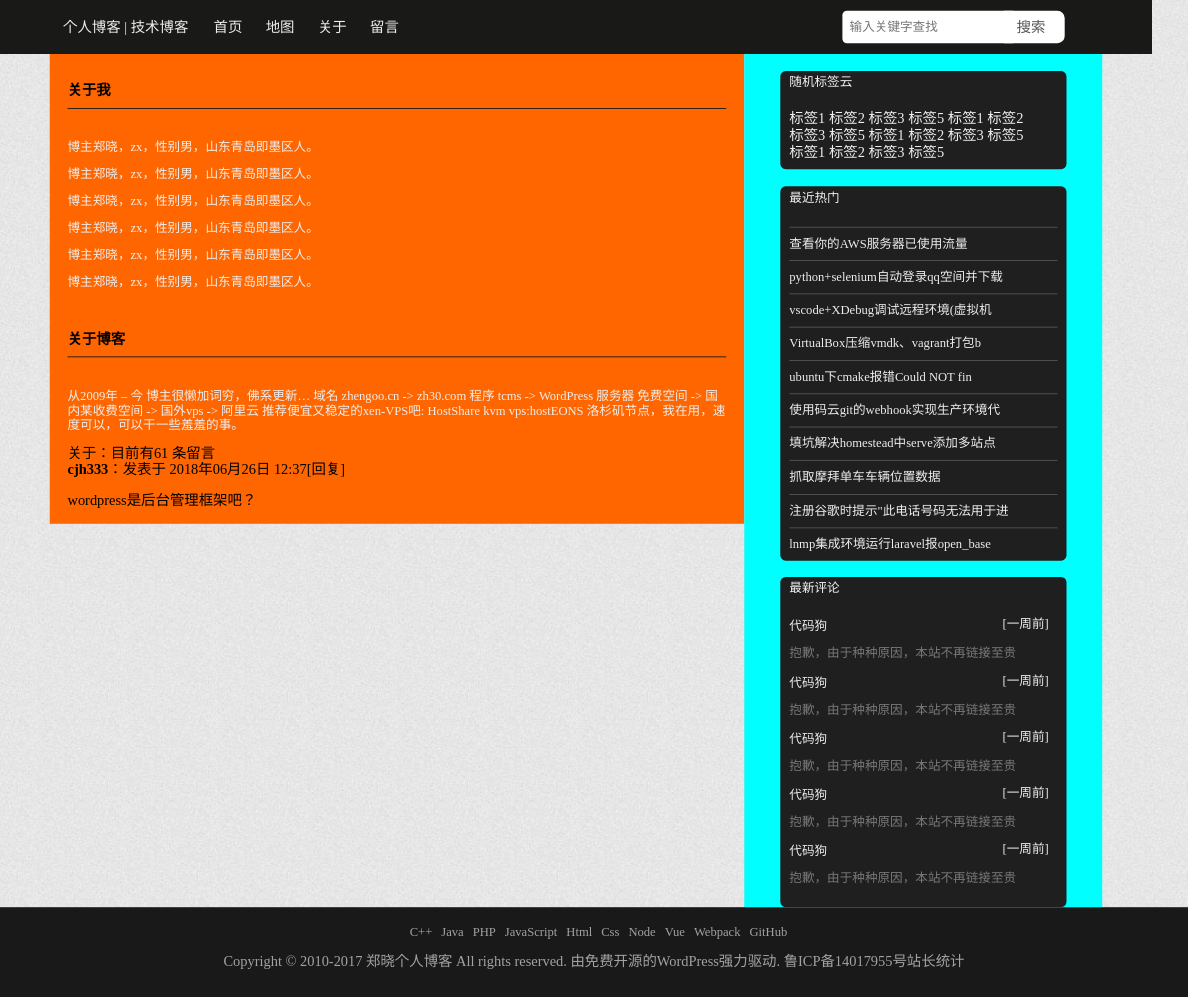
Repository: li1214/my_blog
Page: page/about.html
The author's editor kept a copy of each file at every save. The page is drawn from the files as they stood at one save, then again after the next save.
The browser window is 1280 px wide. The page is 1320 px wide, so the pictures cover 1320 px, including what lies to the right of the window. The pictures show the whole page, at 90% of full size.

Above is the page before, as saved 2019-01-04 14:22:35.

### page/about.html
<!DOCTYPE html>
<html lang="en">

<head>
    <meta charset="UTF-8" />
    <meta name="viewport" content="width=device-width, initial-scale=1.0" />
    <meta http-equiv="X-UA-Compatible" content="ie=edge" />
    <title>个人博客</title>
    <link href="./css/base.css" rel="stylesheet" type="text/css" />
    <link href="./css/about.css" rel="stylesheet" type="text/css" />
</head>

<body>
    <header>
        <div class="container">
            <a>个人博客 | 技术博客</a>
            <ul>
                <li><a href="">首页</a></li>
                <li><a href="">地图</a></li>
                <li><a href="">关于</a></li>
                <li><a href="">留言</a></li>
            </ul>
            <div class="search">
                <input type="text" placeholder="输入关键字查找" />
                <button>搜索</button>
            </div>
        </div>
    </header>
    <div class="content">
        <div class="content-left">
            <div class='about'>
                <div class='about-me'>
                    <h4>关于我</h4>
                    <p>博主郑晓，zx，性别男，山东青岛即墨区人。</p>
                    <p>博主郑晓，zx，性别男，山东青岛即墨区人。</p>
                    <p>博主郑晓，zx，性别男，山东青岛即墨区人。</p>
                    <p>博主郑晓，zx，性别男，山东青岛即墨区人。</p>
                    <p>博主郑晓，zx，性别男，山东青岛即墨区人。</p>
                    <p>博主郑晓，zx，性别男，山东青岛即墨区人。</p>
                </div>
                <div class='about-blog'>
                    <h4>关于博客</h4>
                    <p>从2009年 – 今
                    博主很懒加词穷，佛系更新…
                    域名 zhengoo.cn -> zh30.com
                    程序 tcms -> WordPress
                    服务器 免费空间 -> 国内某收费空间 -> 国外vps -> 阿里云

                    推荐便宜又稳定的xen-VPS吧: HostShare
                    kvm vps:hostEONS 洛杉矶节点，我在用，速度可以，可以干一些羞羞的事。</p>
                </div>
            </div>
            <div class='liuyan'>
                <span>关于：目前有61 条留言</span>
                <div class='liuyan-item'>
                    <span><b>cjh333</b>：发表于 2018年06月26日 12:37[回复]</span>
                    <p>wordpress是后台管理框架吧？</p>
                </div>
            </div>
            <div>
                <form action="">

                </form>
            </div>
        </div>
        <div class="content-right">
            <div class="right-box">
                <h4>随机标签云</h4>
                <div class="contents">
                    <a>标签1</a> <a>标签2</a> <a>标签3</a> <a>标签5</a> <a>标签1</a>
                    <a>标签2</a> <a>标签3</a> <a>标签5</a> <a>标签1</a> <a>标签2</a>
                    <a>标签3</a> <a>标签5</a> <a>标签1</a> <a>标签2</a> <a>标签3</a>
                    <a>标签5</a>
                </div>
            </div>
            <div class="right-box" style="padding-bottom: 0;">
                <h4>最近热门</h4>
                <div class="contents">
                    <ul class="list-group">
                        <li class="list-group-item">
                            <a href="https://www.zh30.com/aws-ec2-cloudwatch.html">查看你的AWS服务器已使用流量</a>
                        </li>
                        <li class="list-group-item">
                            <a href="https://www.zh30.com/python-selenium-qqzone-album.html">python+selenium自动登录qq空间并下载</a>
                        </li>
                        <li class="list-group-item">
                            <a href="https://www.zh30.com/vscode-xdebug-remote-vagrant-php.html">vscode+XDebug调试远程环境(虚拟机</a>
                        </li>
                        <li class="list-group-item">
                            <a href="https://www.zh30.com/virtualbox-vmdk-vagrant-box.html">VirtualBox压缩vmdk、vagrant打包b</a>
                        </li>
                        <li class="list-group-item">
                            <a href="https://www.zh30.com/ubuntu-cmake-could-not-find-boost.html">ubuntu下cmake报错Could
                                NOT fin</a>
                        </li>
                        <li class="list-group-item">
                            <a href="https://www.zh30.com/webhook-git-pull.html">使用码云git的webhook实现生产环境代</a>
                        </li>
                        <li class="list-group-item">
                            <a href="https://www.zh30.com/homestead-serve-add-sites.html">填坑解决homestead中serve添加多站点</a>
                        </li>
                        <li class="list-group-item">
                            <a href="https://www.zh30.com/crawl-mobike-location.html">抓取摩拜单车车辆位置数据</a>
                        </li>
                        <li class="list-group-item">
                            <a href="https://www.zh30.com/google-register-phone-verification.html">注册谷歌时提示"此电话号码无法用于进</a>
                        </li>
                        <li class="list-group-item">
                            <a href="https://www.zh30.com/lnmp-laravel-open_basedir.html">lnmp集成环境运行laravel报open_base</a>
                        </li>
                    </ul>
                </div>
            </div>
            <div class="right-box">
                <h4>最新评论</h4>
                <div class="contents">
                    <div class='item'>
                        <div class='item-title'>
                            <span>代码狗</span>
                            <span class='spanr'>[一周前]</span>
                        </div>
                        <p class='item-comtebt'>
                            抱歉，由于种种原因，本站不再链接至贵
                        </p>
                    </div>
                    <div class='item'>
                        <div class='item-title'>
                            <span>代码狗</span>
                            <span class='spanr'>[一周前]</span>
                        </div>
                        <p class='item-comtebt'>
                            抱歉，由于种种原因，本站不再链接至贵
                        </p>
                    </div>
                    <div class='item'>
                        <div class='item-title'>
                            <span>代码狗</span>
                            <span class='spanr'>[一周前]</span>
                        </div>
                        <p class='item-comtebt'>
                            抱歉，由于种种原因，本站不再链接至贵
                        </p>
                    </div>
                    <div class='item'>
                        <div class='item-title'>
                            <span>代码狗</span>
                            <span class='spanr'>[一周前]</span>
                        </div>
                        <p class='item-comtebt'>
                            抱歉，由于种种原因，本站不再链接至贵
                        </p>
                    </div>
                    <div class='item'>
                        <div class='item-title'>
                            <span>代码狗</span>
                            <span class='spanr'>[一周前]</span>
                        </div>
                        <p class='item-comtebt'>
                            抱歉，由于种种原因，本站不再链接至贵
                        </p>
                    </div>
                </div>
            </div>
        </div>
    </div>
    <footer>
        <ul>
            <li>C++</li>
            <li>Java</li>
            <li>PHP</li>
            <li>JavaScript</li>
            <li>Html</li>
            <li>Css</li>
            <li>Node</li>
            <li>Vue</li>
            <li>Webpack</li>
            <li>GitHub</li>
        </ul>
        <p>Copyright © 2010-2017 郑晓个人博客 All rights reserved. 由免费开源的WordPress强力驱动. 鲁ICP备14017955号站长统计</p>
    </footer>
</body>

</html>

### page/css/base.css
html {line-height: 1.15; /* 1 */-webkit-text-size-adjust: 100%; /* 2 */}
body {margin: 0;}
@font-face{
    font-family: 'myicon';
    src: url('../font/glyphicons-halflings-regular.woff2')
}
ul{padding: 0}
main {
  display: block;
}
h1 {
  font-size: 2em;
  margin: 0.67em 0;
}
hr {
  box-sizing: content-box; /* 1 */
  height: 0; /* 1 */
  overflow: visible; /* 2 */
}
pre {
  font-family: monospace, monospace; /* 1 */
  font-size: 1em; /* 2 */
}
a {
  background-color: transparent;
}
abbr[title] {
  border-bottom: none; /* 1 */
  text-decoration: underline; /* 2 */
  text-decoration: underline dotted; /* 2 */
}
b,
strong {
  font-weight: bolder;
}
code,
kbd,
samp {
  font-family: monospace, monospace; /* 1 */
  font-size: 1em; /* 2 */
}
small {
  font-size: 80%;
}
sub,
sup {
  font-size: 75%;
  line-height: 0;
  position: relative;
  vertical-align: baseline;
}
sub {
  bottom: -0.25em;
}
sup {
  top: -0.5em;
}
img {
  border-style: none;
}
button,
input,
optgroup,
select,
textarea {
  font-family: inherit; /* 1 */
  font-size: 100%; /* 1 */
  line-height: 1.15; /* 1 */
  margin: 0; /* 2 */
}
button,
input { /* 1 */
  overflow: visible;
}
button,
select { /* 1 */
  text-transform: none;
}
button,
[type="button"],
[type="reset"],
[type="submit"] {
  -webkit-appearance: button;
}
button::-moz-focus-inner,
[type="button"]::-moz-focus-inner,
[type="reset"]::-moz-focus-inner,
[type="submit"]::-moz-focus-inner {
  border-style: none;
  padding: 0;
}
button:-moz-focusring,
[type="button"]:-moz-focusring,
[type="reset"]:-moz-focusring,
[type="submit"]:-moz-focusring {
  outline: 1px dotted ButtonText;
}
fieldset {
  padding: 0.35em 0.75em 0.625em;
}
legend {
  box-sizing: border-box; /* 1 */
  color: inherit; /* 2 */
  display: table; /* 1 */
  max-width: 100%; /* 1 */
  padding: 0; /* 3 */
  white-space: normal; /* 1 */
}
progress {
  vertical-align: baseline;
}
textarea {
  overflow: auto;
}

[type="checkbox"],
[type="radio"] {
  box-sizing: border-box; /* 1 */
  padding: 0; /* 2 */
}
[type="number"]::-webkit-inner-spin-button,
[type="number"]::-webkit-outer-spin-button {
  height: auto;
}

[type="search"] {
  -webkit-appearance: textfield; /* 1 */
  outline-offset: -2px; /* 2 */
}

[type="search"]::-webkit-search-decoration {
  -webkit-appearance: none;
}
::-webkit-file-upload-button {
  -webkit-appearance: button; /* 1 */
  font: inherit; /* 2 */
}
details {
  display: block;
}
summary {
  display: list-item;
}
template {
  display: none;
}
[hidden] {
  display: none;
}
a{text-decoration: none;}
/* ========================================================== css reset ========================================================== */

body {
    width: 100%;
    height: 100%;
    background-image: url(../image/bg.jpg);
    background-repeat: repeat;
    overflow-x: hidden;
}

header{
    width: 100%;
    height: 60px;
    background-color: #191918;
}
header .container {
    width:1170px;
    height: 100%;
    margin: 0 auto;
}
header .container>a{
    display: block;
    float: left;
    color: #eee;
    line-height: 60px;
    margin: 0 15px;
    font-size: 16px;
}
header .container>ul{
    float: left;
    margin: 0;
    padding: 0;
}
header .container>ul>li{
    display: inline-block;
    float: left;
}
header .container>ul>li a{
    color: #eee;
    display: inline-block;
    height: 60px;
    width: 58px;
    line-height: 60px;
    text-align: center;
}
header .container .search{
    float: right;
    height: 100%;
    position: relative;
    right: 117px;
}
header .container .search>input{
    display: inline-block;
    position: absolute;
    height: 26px;
    padding: 5px 8px;
    border-radius: 5px;
    border:none;
    outline: none;
    font-size: 14px;
    margin-top: 12px;
    left: -172px;
}
header .container .search > button{
    outline: none;
    display: inline-block;
    position: absolute;
    width: 75px;
    height: 36px;
    padding: 5px 10px;
    border-radius: 8px;
    margin-top: 12px;
    cursor: pointer;
    color: #555;
    background-color: white;
    border: none;
}
/* ============================================================== header end ===================================================================== */
.content {
    width: 1170px;
    margin: 0 auto;
    position: relative;
    overflow: hidden;
}
.content .content-left{
    float: left;
    width: 66%;
    box-sizing: border-box;
    padding: 0 20px;
    background: #f60;
}
.content .content-right{
    float: right;
    width: 34%;
    box-sizing: border-box;
    background-color: aqua;
}
.right-box{
    background-color: #1f1f1f;
    margin-top: 20px;
    width: 80%;
    margin: 0 auto;
    box-sizing: border-box;
    border-radius: 6px;
    padding-bottom: 10px;
}
.right-box>h4 {
    color: #f4f4f4;
    font-weight: normal;
    padding: 5px 10px;
    font-size: 14px;
}
.right-box .contents{
    color: #eee;
    padding: 0 10px 0px 10px;
}
/* .right-box .contents a::after{
    display: block;
    content: '';
    overflow: hidden;
    clear: both;
    position: absolute;
} */
.right-box .contents>a{
    display: inline-block;
}
.right-box .contents li{
    width: 100%;
    list-style: none;
    white-space:nowrap;
    overflow: hidden;
   text-overflow: ellipsis;
    border-top:1px solid #555;
}
.right-box .contents li a{
    font-size: 14px;
    display: inline-block;
    color: #eee;
    padding: 10px 0;
}
.right-box .item .item-title{position: relative;}
.right-box .item .item-title span{display: inline-block;font-size: 14px;font-weight: normal;}
.right-box .item .item-title span.spanr{
    position: absolute;
    right: 10px;
}
.right-box .item > p{color: #777;font-size: 14px;}


/* =====================================================================  footer start ================================================================= */

footer{
    width: 100%;
    height: 60px;
    background: #191919;
    text-align: center;
    padding: 20px;
}
footer ul{
    display: inline-block;
    margin:  0 auto;
    text-align: center;
}
footer ul li{
    display: inline-block;
    color: #a2a2a2;
    float: left;
    font-size: 14px;
    margin-left: 10px;
    cursor: pointer;
    text-align: center;
}
footer p {
    margin-top: 10px;
    color: #a2a2a2;
}

### page/css/about.css
.about-me > h4,.about-blog > h4{
    display: inline-block;
    padding: 10px 0;
    width: 100%;
    border-bottom: 1px solid #191919;
}
.about-me p,.about-blog > p{
    color: #eee;
    font-size: 14px;
}
.liuyan{
    width: 100%;
    margin-top: 10px;
}
.liuya-item{
    width: 100%;
    border:1px #7ca4c1 dashed;
    background-color: #d9edf7;
}

After the next save:
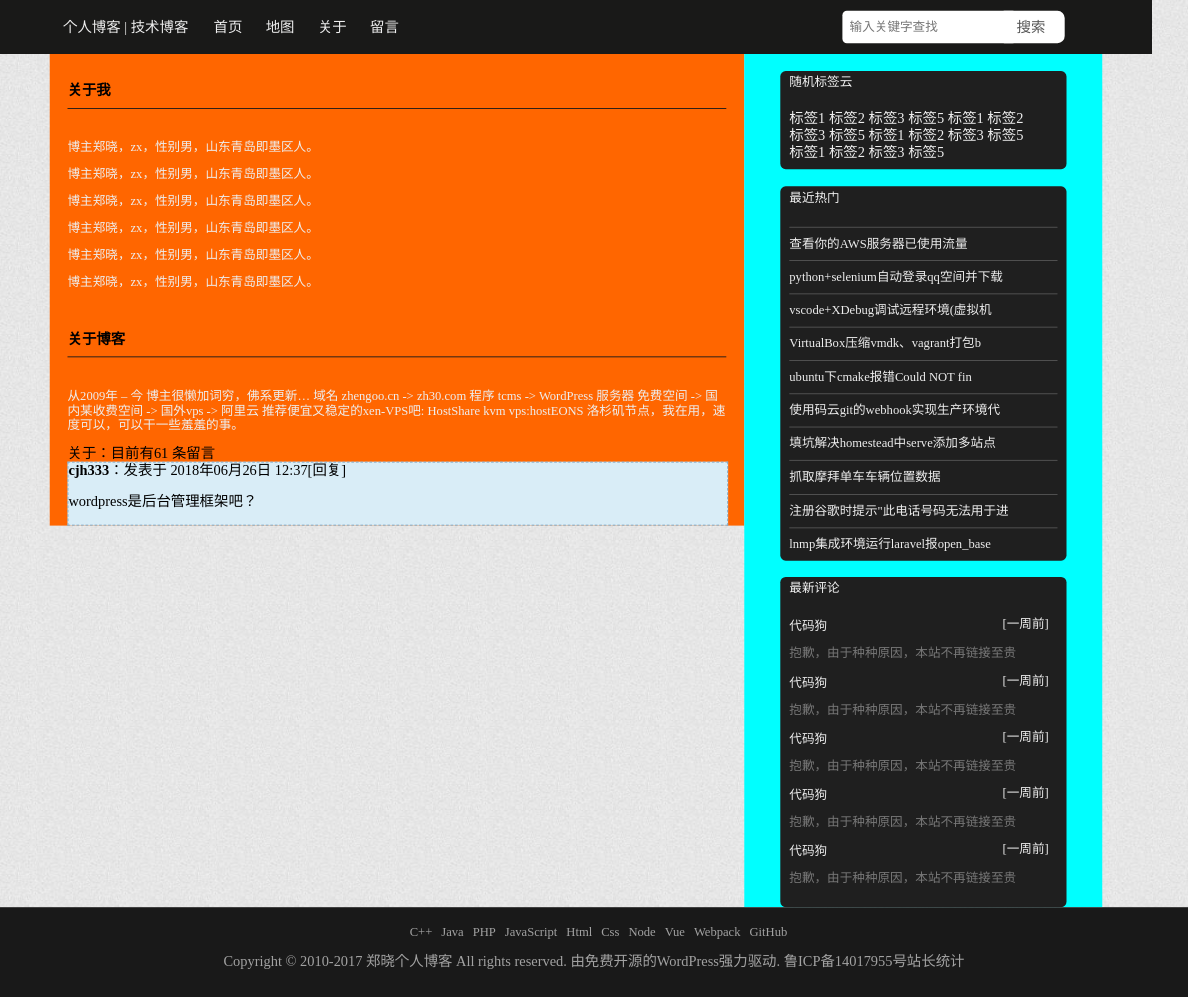
Saved 20 s later.
--- a/page/css/about.css
+++ b/page/css/about.css
@@ -12,7 +12,7 @@
     width: 100%;
     margin-top: 10px;
 }
-.liuya-item{
+.liuyan-item{
     width: 100%;
     border:1px #7ca4c1 dashed;
     background-color: #d9edf7;
